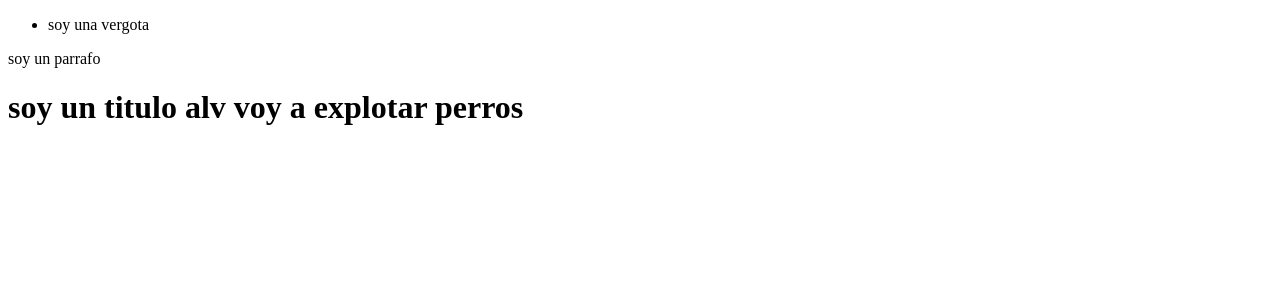
Repository: Daniel009980/daniel0099980
Page: cursodehtml/index.html
An editor plug-in stored every save of this project. The page is shown before and after the next save, followed by the edit.
The browser window is 1280 px wide. The pictures show the whole page.

Above is the page before, as saved 2022-09-08 17:25:33.

### cursodehtml/index.html
<!DOCTYPE html>
<html land="es">
    <head>
        <meta charset="UTF-8" />
        <meta name="description" content="esta pagina te mostrar fotos de gatos" />
        <meta name="robots" content="index, follow"/>
        <title>es mi pagina</title>
        <meta name="viewpoint" content="width=device-width, inictial-scale=1.0"/>
        <link rel="stylesheet" href="./css/style.css"/>
    </head>
    <body>
       <header>
        <nav></nav>
       </header>
       <main>
        <section>
            <article>

            </article>
        </section>
         <ul>
            <li>soy una vergota</li>
         </ul>
         <ol></ol>
       </main>
       <footer>

       </footer>
       <p>soy un parrafo</p>
       <h1>soy un titulo alv voy a explotar perros</h1>
    </body>

</html>

Loaded but not shown: cursodehtml/css/style.css (no stored copy; drawn as an empty file)

After the next save:
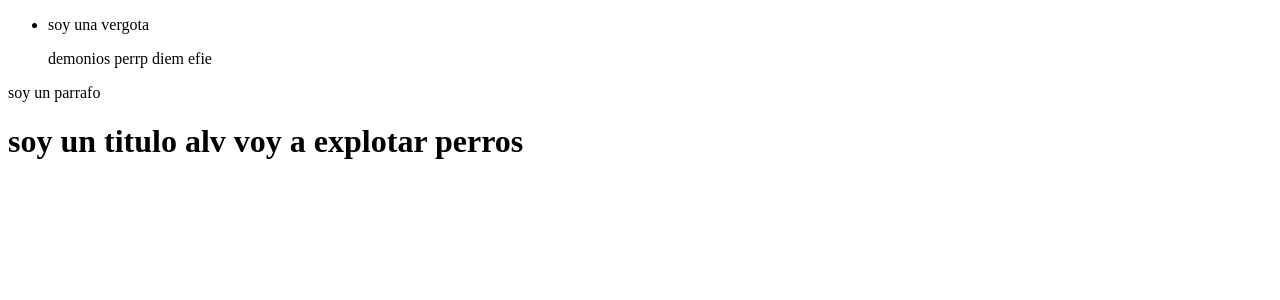
Saved 11 min 15 s later.
--- a/cursodehtml/index.html
+++ b/cursodehtml/index.html
@@ -21,7 +21,10 @@
          <ul>
             <li>soy una vergota</li>
          </ul>
-         <ol></ol>
+         <ol>demonios perrp
+            diem
+            efie
+         </ol>
        </main>
        <footer>
 

After the save that followed:
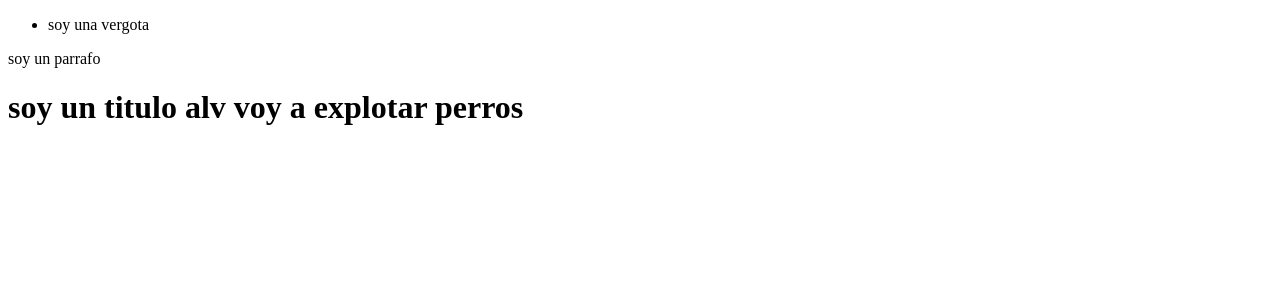
Saved 11 s later.
--- a/cursodehtml/index.html
+++ b/cursodehtml/index.html
@@ -21,10 +21,7 @@
          <ul>
             <li>soy una vergota</li>
          </ul>
-         <ol>demonios perrp
-            diem
-            efie
-         </ol>
+         <ol></ol>
        </main>
        <footer>
 
